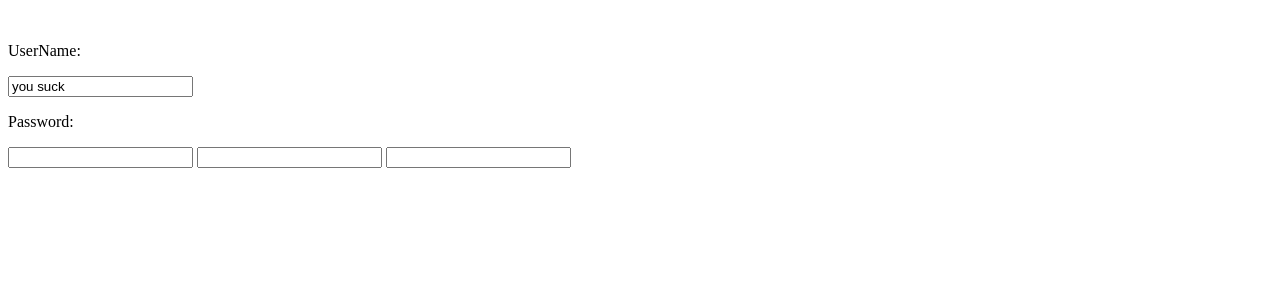
Repository: Hamzamshoaib/us2
Page: http://localhost/te_assignment_2/
The author's editor kept a copy of each file at every save. The page is drawn from the files as they stood at one save, then again after the next save.
The browser window is 1280 px wide. The pictures show the whole page.
The page is served by Tomcat 9. Other server files are loaded and not shown. Queries for data that is not in the repository find no rows.

Above is the page before, as saved 2015-05-08 18:21:57.

### te_assignment_2/WebContent/index.jsp
<%@ page language="java" contentType="text/html; charset=US-ASCII"
    pageEncoding="US-ASCII"%>
<!DOCTYPE html PUBLIC "-//W3C//DTD HTML 4.01 Transitional//EN" "http://www.w3.org/TR/html4/loose.dtd">
<html>
<head>
<meta http-equiv="Content-Type" content="text/html; charset=US-ASCII">
<title>	Daily Auction</title>
</head>
<body>
<FORM NAME="loginform" ACTION="login" METHOD="POST">
${message}
<br>
<p>UserName: </p>
<INPUT type="text" name="username" value="you suck">
<br>
<p>Password: </p>
<INPUT type="password" name="password">
<INPUT TYPE="login">
<INPUT TYPE="register">

</FORM>
</body>
</html>

### te_assignment_2/src/edu/unsw/comp9321/Email.java
package edu.unsw.comp9321;


import java.util.Properties;
import javax.mail.Message;
import javax.mail.MessagingException;
import javax.mail.PasswordAuthentication;
import javax.mail.Session;
import javax.mail.Transport;
import javax.mail.internet.InternetAddress;
import javax.mail.internet.MimeMessage;


public class Email {

	String from;
    final String username = "dailyauctiondeals";
    final String password = "moshe123";
    String host;
    Properties props;
    Session session;

	public Email(){
		from = "dailyauctiondeals@gmail.com";
		host = "smtp.gmail.com";

		props = new Properties();
		props.put("mail.smtp.auth", "true");
		props.put("mail.smtp.starttls.enable", "true");
		props.put("mail.smtp.host", host);
		props.put("mail.smtp.port", "587");

		session = Session.getInstance(props,
	      new javax.mail.Authenticator() {
	         protected PasswordAuthentication getPasswordAuthentication() {
	            return new PasswordAuthentication(username, password);
	         }
		});
	}

	public Boolean sendVerifyEmail(String to, String IDToken){

	      try {
	         // Create a default MimeMessage object.
	         Message message = new MimeMessage(session);

	         // Set From: header field of the header.
	         message.setFrom(new InternetAddress(from));

	         // Set To: header field of the header.
	         message.setRecipients(Message.RecipientType.TO,
	         InternetAddress.parse(to));
	         // Set Subject: header field
	         message.setSubject("Welcome to Daily Auction Deals! Please verify your email.");
	         // Now set the actual message
	         message.setText("Hi!\n\n"
	         		+ "Welcome to Daily Auction Deals! To use your account, please verify your email by clicking this link "
	         		+ "\n\n\thttp://localhost:8080/te_assignment_2/verification?verification_token=" + IDToken
	         		+ "\n\n"
	         		+ "Daily Auction Deals Team :)");

	         // Send message
	         Transport.send(message);

	         System.out.println("Sent message successfully...");

	      } catch (MessagingException e) {
	    	  return false;
	      }

		return true;
	}

	public Boolean newHighBid(int Item_ID){
		UserController uc = new UserController();
		BiddingController bc = new BiddingController();
		String user = bc.winningBidder(Item_ID);
		int highestBid = bc.currentWinningBid(Item_ID);
		String to = uc.getEmail(user);
		String itemName = uc.getItemName(Item_ID);
	      try {
		         // Create a default MimeMessage object.
		         Message message = new MimeMessage(session);

		         // Set From: header field of the header.
		         message.setFrom(new InternetAddress(from));

		         // Set To: header field of the header.
		         message.setRecipients(Message.RecipientType.TO,
		         InternetAddress.parse(to));
		         // Set Subject: header field
		         message.setSubject("Congratulations " + user + "! You have the highest bid at the moment!");
		         // Now set the actual message
		         message.setText("Hi!\n\n"
		         		+ "You have the highest bid for " + itemName + " at $" + highestBid + "."
		         		+ "\n\n"
		         		+ "Daily Auction Deals Team :)");

		         // Send message
		         Transport.send(message);

		         System.out.println("Sent New High Bid Mail successfully...");

	      } catch (MessagingException e) {
	    	  return false;
	      }
	      return true;
	}

	public Boolean sendLostBidEmail(int Item_ID){
		UserController uc = new UserController();
		BiddingController bc = new BiddingController();

		String user = bc.secondHighestBidder(Item_ID);
		if (user == null){
			System.out.println("He was the only bidder");
			return false;
		}

		int highestBid = bc.currentWinningBid(Item_ID);
		String to = uc.getEmail(user);
		String itemName = uc.getItemName(Item_ID);
	      try {
		         // Create a default MimeMessage object.
		         Message message = new MimeMessage(session);

		         // Set From: header field of the header.
		         message.setFrom(new InternetAddress(from));

		         // Set To: header field of the header.
		         message.setRecipients(Message.RecipientType.TO,
		         InternetAddress.parse(to));
		         // Set Subject: header field
		         message.setSubject("Oh no, " + user + "! You've been outbid!");
		         // Now set the actual message
		         message.setText("Hi!\n\n"
		         		+ "Unfortunately you have been outbid for your " + itemName + ".\n\n"
		         		+ "The new highest bid is: $" + highestBid + "."
		         		+ "\n\n"
		         		+ "Daily Auction Deals Team :)");

		         // Send message
			         Transport.send(message);

			         System.out.println("Sent Lost Bid Mail successfully...");

	      } catch (MessagingException e) {
	    	  return false;
	      }
	      return true;
	}

	public Boolean emailWinner(int Item_ID){
		UserController uc = new UserController();
		BiddingController bc = new BiddingController();
		String user = bc.winningBidder(Item_ID);
		int highestBid = bc.currentWinningBid(Item_ID);
		String to = uc.getEmail(user);
		String itemName = uc.getItemName(Item_ID);
	      try {
		         // Create a default MimeMessage object.
		         Message message = new MimeMessage(session);

		         // Set From: header field of the header.
		         message.setFrom(new InternetAddress(from));

		         // Set To: header field of the header.
		         message.setRecipients(Message.RecipientType.TO,
		         InternetAddress.parse(to));
		         // Set Subject: header field
		         message.setSubject("Congratulations " + user + "! You have won an item!");
		         // Now set the actual message
		         message.setText("Hi!\n\n"
		         		+ "You have won a brand new " + itemName + " for $" + highestBid + "! :)"
		         		+ "\n\n"
		         		+ "Daily Auction Deals Team :)");

		         // Send message
		         Transport.send(message);

		         System.out.println("Sent winner email successfully...");

	      } catch (MessagingException e) {
	    	  return false;
	      }
	      return true;
	}

	public Boolean emailOwner(int Item_ID){
		UserController uc = new UserController();
		BiddingController bc = new BiddingController();
		String user = uc.getItemOwner(Item_ID);
		int highestBid = bc.currentWinningBid(Item_ID);
		String to = uc.getEmail(user);
		String itemName = uc.getItemName(Item_ID);
	      try {
		         // Create a default MimeMessage object.
		         Message message = new MimeMessage(session);

		         // Set From: header field of the header.
		         message.setFrom(new InternetAddress(from));

		         // Set To: header field of the header.
		         message.setRecipients(Message.RecipientType.TO,
		         InternetAddress.parse(to));
		         // Set Subject: header field
		         message.setSubject("Congratulations " + user + "! Your item has been sold!");
		         // Now set the actual message
		         message.setText("Hi!\n\n"
		         		+ "You have sold your item " + itemName + " for $" + highestBid + "! :)"
		         		+ "\n\n"
		         		+ "Daily Auction Deals Team :)");

		         // Send message
		         Transport.send(message);

		         System.out.println("Sent owner email successfully...");

	      } catch (MessagingException e) {
	    	  return false;
	      }
	      return true;
	}

	public Boolean lessThanReserved(int Item_ID){
		UserController uc = new UserController();
		BiddingController bc = new BiddingController();
		String user = uc.getItemOwner(Item_ID);
		int highestBid = bc.currentWinningBid(Item_ID);
		String to = uc.getEmail(user);
		String itemName = uc.getItemName(Item_ID);
	      try {
		         // Create a default MimeMessage object.
		         Message message = new MimeMessage(session);

		         // Set From: header field of the header.
		         message.setFrom(new InternetAddress(from));

		         // Set To: header field of the header.
		         message.setRecipients(Message.RecipientType.TO,
		         InternetAddress.parse(to));
		         // Set Subject: header field
		         message.setSubject(user + ", your item has not reached its reserve price");
		         // Now set the actual message
		         message.setText("Hi!\n\n"
		         		+ "Your item, " + itemName + " has an offer of $" + highestBid
		         		+ " which is below your reserve price of $" + bc.getReservePrice(Item_ID) + ".\n\n"
		         		+ "Log into your account to accept or reject this offer."
		         		+ "\n\n"
		         		+ "Daily Auction Deals Team :)");

		         // Send message
		         Transport.send(message);

		         System.out.println("Sent reserved price notification email successfully...");

	      } catch (MessagingException e) {
	    	  return false;
	      }
	      return true;
	}

	public Boolean itemNotSold(int Item_ID){
		UserController uc = new UserController();
		String user = uc.getItemOwner(Item_ID);
		String to = uc.getEmail(user);
		String itemName = uc.getItemName(Item_ID);
	      try {
		         // Create a default MimeMessage object.
		         Message message = new MimeMessage(session);

		         // Set From: header field of the header.
		         message.setFrom(new InternetAddress(from));

		         // Set To: header field of the header.
		         message.setRecipients(Message.RecipientType.TO,
		         InternetAddress.parse(to));
		         // Set Subject: header field
		         message.setSubject(user + ", your item wasn't sold :(");
		         // Now set the actual message
		         message.setText("Hi!\n\n"
		         		+ "Your item, " + itemName + ", has not had any bids and was not sold. :( \n\n"
		         		+ "Log into your account and re-add if you want."
		         		+ "\n\n"
		         		+ "Daily Auction Deals Team :)");

		         // Send message
		         Transport.send(message);

		         System.out.println("Sent item not sold notification email successfully...");

	      } catch (MessagingException e) {
	    	  return false;
	      }
	      return true;
	}

	public void newBidEmails(int Item_ID){
		newHighBid(Item_ID);
		sendLostBidEmail(Item_ID);
	}

	public void endAuctionEmails(int Item_ID){
		emailWinner(Item_ID);
		emailOwner(Item_ID);
	}
}

After the next save:
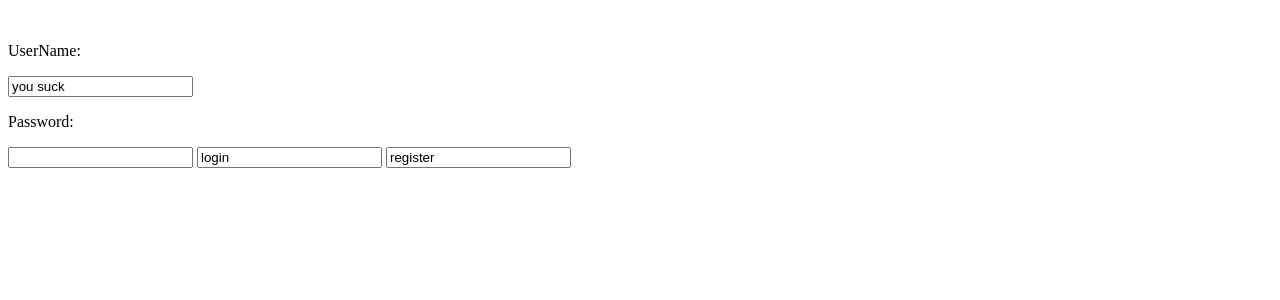
Saved 50 s later.
--- a/te_assignment_2/WebContent/index.jsp
+++ b/te_assignment_2/WebContent/index.jsp
@@ -15,8 +15,8 @@ ${message}
 <br>
 <p>Password: </p>
 <INPUT type="password" name="password">
-<INPUT TYPE="login">
-<INPUT TYPE="register">
+<INPUT TYPE="login" name="action" value="login">
+<INPUT TYPE="register" name="action" value="register">
 
 </FORM>
 </body>
